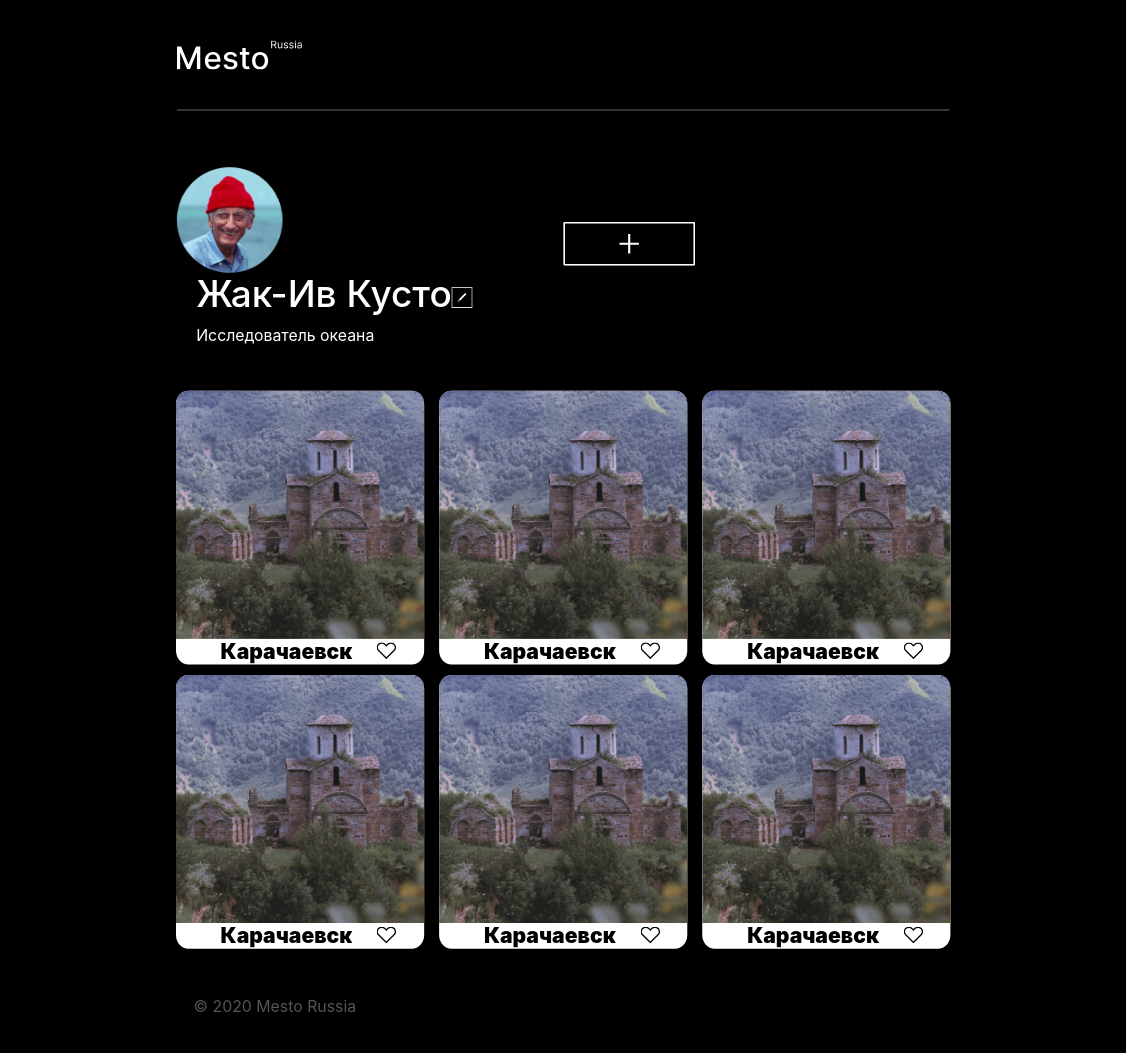
Repository: Ivan2399/mesto-project
Page: index.html
The author's editor kept a copy of each file at every save. The page is drawn from the files as they stood at one save, then again after the next save.
The browser window is 1280 px wide. The pictures show the whole page, at 88% of full size.

Above is the page before, as saved 2021-11-16 18:38:49.

After the next save:
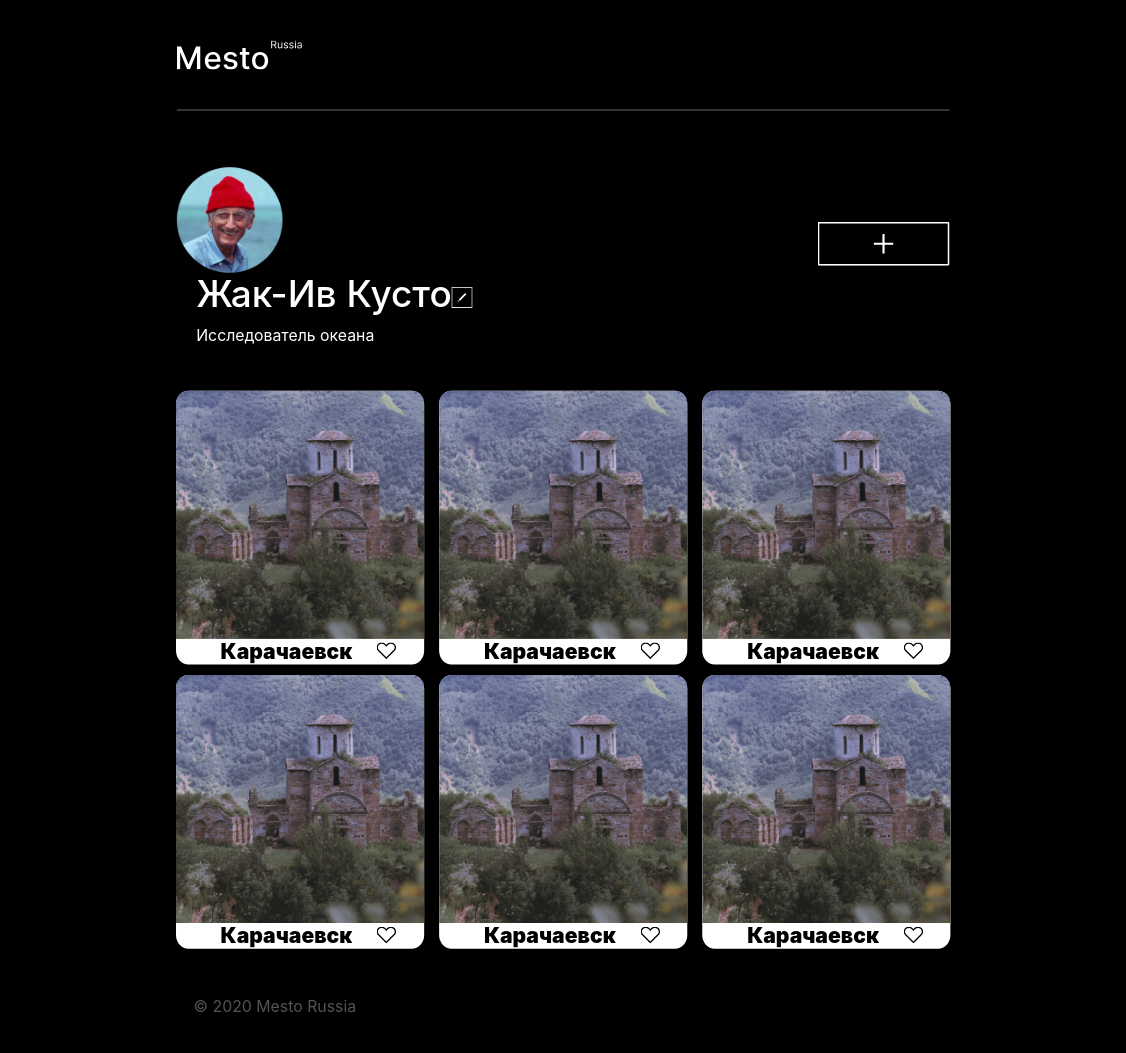
Saved 63 s later.
--- a/blocks/profile/__buttons/profile__buttons.css
+++ b/blocks/profile/__buttons/profile__buttons.css
@@ -1,6 +1,5 @@
 .profile__buttons{
     display: flex;
-    flex-direction: row;
-    justify-content: space-between;
+    justify-content: flex-end;
     align-items: center;
 }
